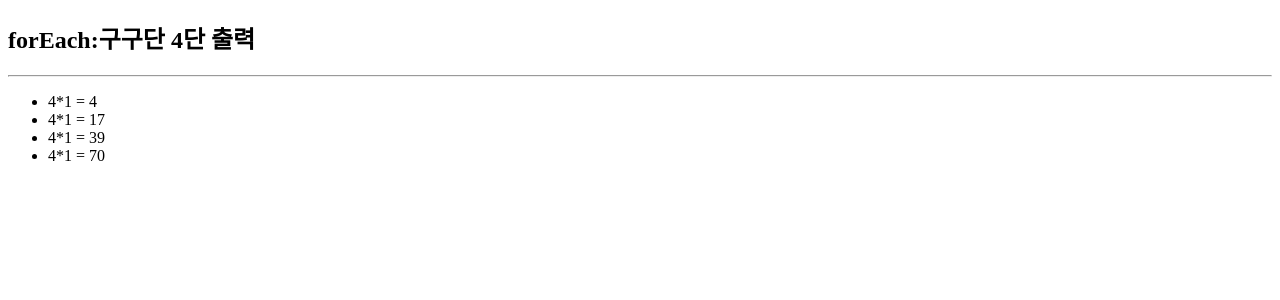
Repository: dongseon-git/WEB_JSP
Page: http://localhost/studyhtml5/jsp/j06/j04_forEach.jsp
These files come from the project's save history. The page is drawn as it stood at one moment and after the next save; the edit follows.
The browser window is 1280 px wide. The pictures show the whole page.
The page is served by Tomcat 9. Nobody is signed in. The application's start-up code is not run.

Above is the page before, as saved 2022-05-23 01:29:13.

After the next save:
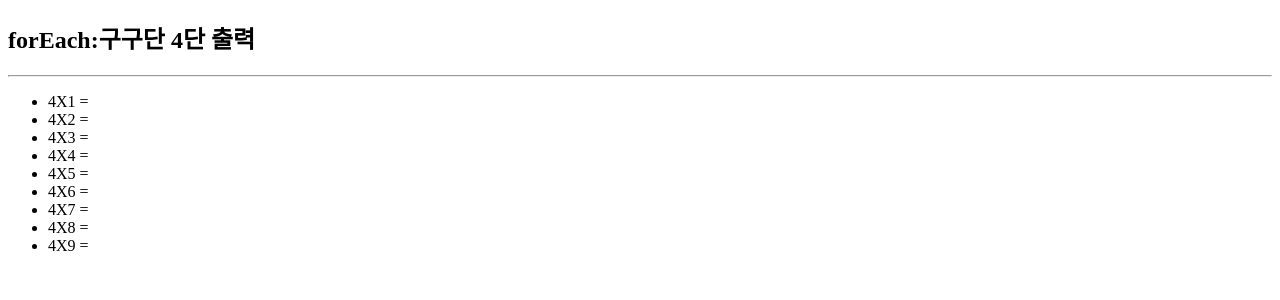
Saved 96 s later.
--- a/workspace/studyhtml5/WebContent/jsp/j06/j04_forEach.jsp
+++ b/workspace/studyhtml5/WebContent/jsp/j06/j04_forEach.jsp
@@ -11,9 +11,8 @@
 <h2>forEach:구구단 4단 출력</h2>
 <hr/>
 <ul>
-<c:forEach var="i" begin="4" end="36" step="9">
-<c:set var="sum" value="${sum + i}"/>
-<li> 4*1 = ${sum}</li>
+<c:forEach var="i" begin="1" end="9" step="1">
+<li> 4X${i} = </li>
 </c:forEach>
 
 
